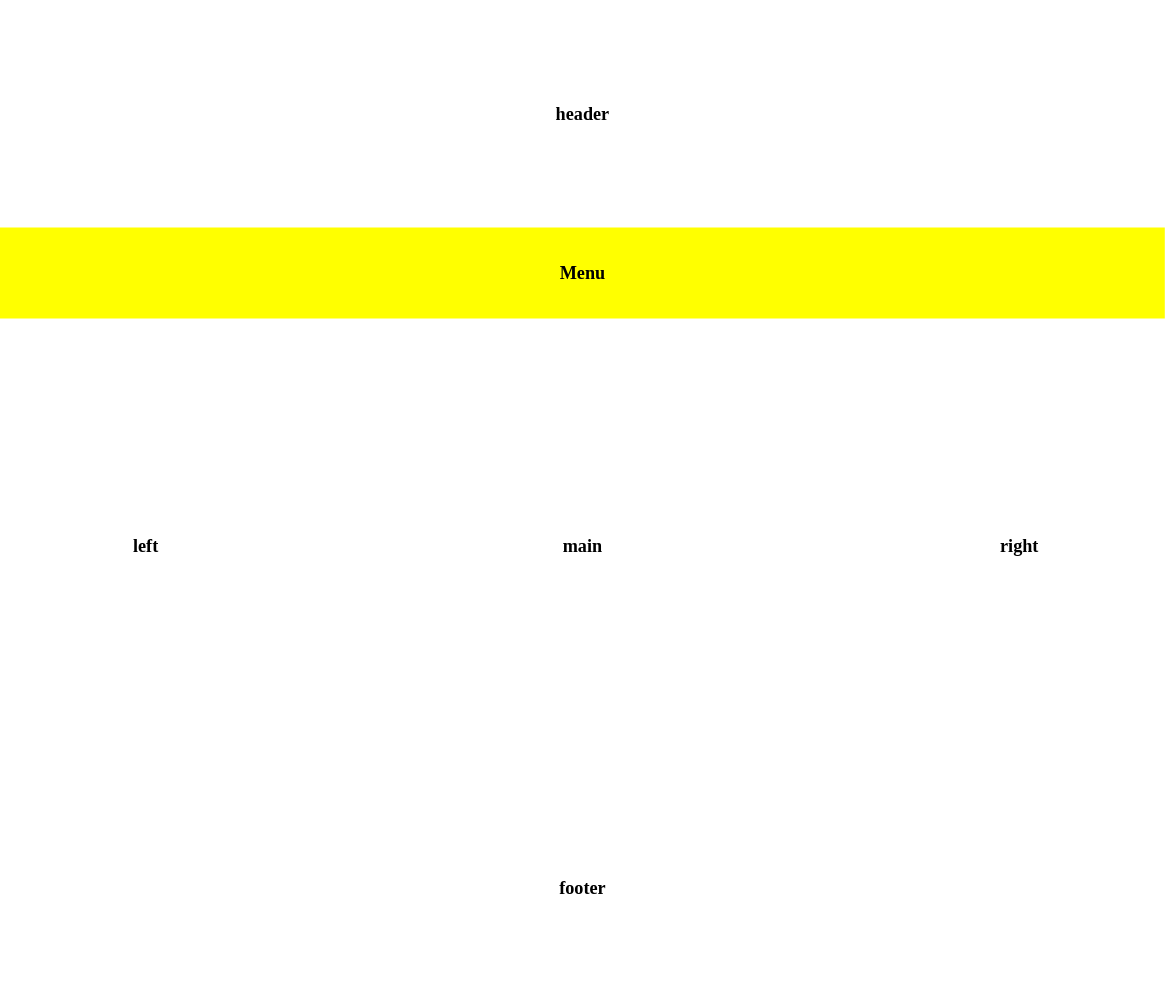
Repository: Nghia19/WEB20022-_00
Page: HTML5_CSS3/bai-1.html
The author's editor kept a copy of each file at every save. The page is drawn from the files as they stood at one save, then again after the next save.
The browser window is 1280 px wide. The pictures show the whole page, at 91% of full size.

Above is the page before, as saved 2021-06-26 13:04:25.

After the next save:
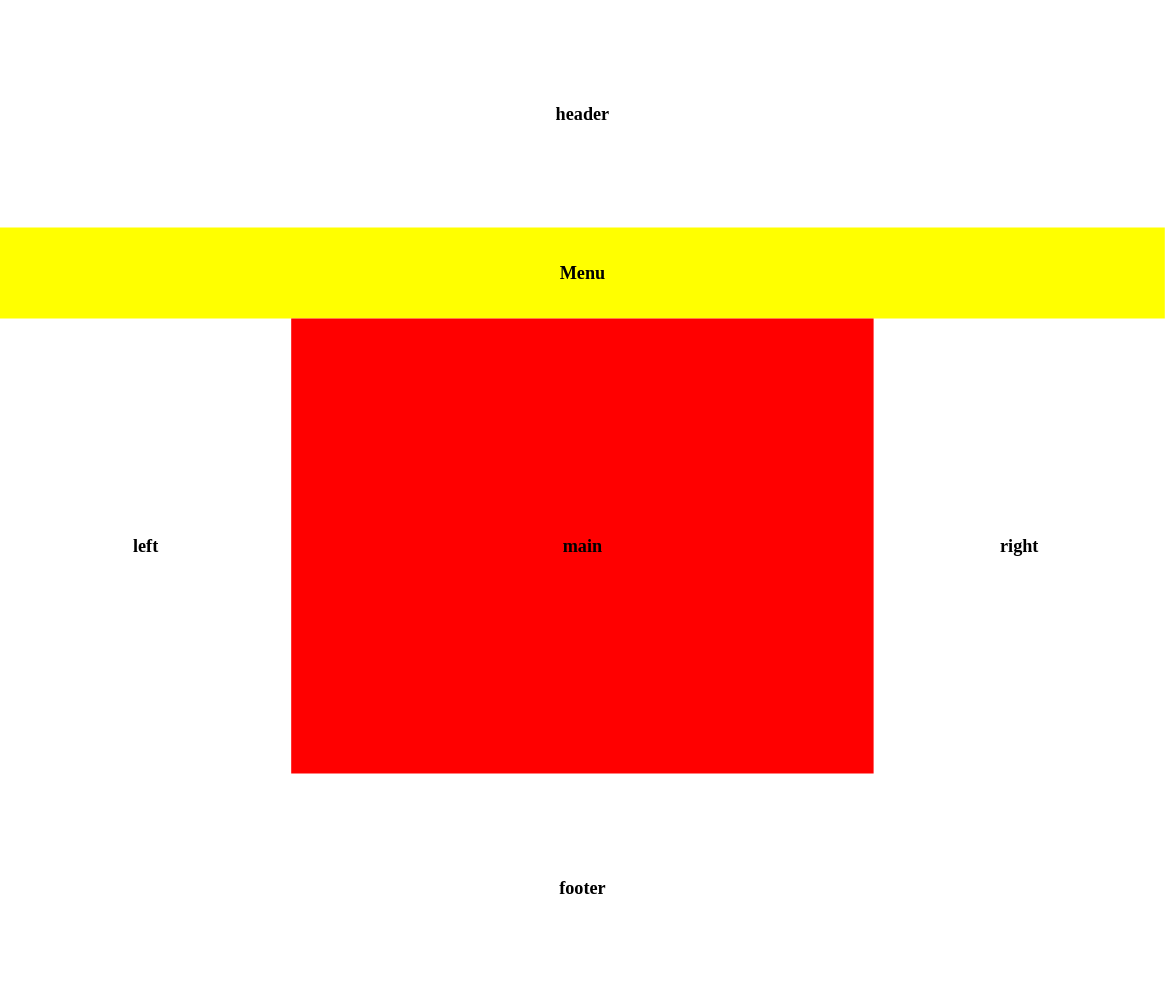
Saved 10 s later.
--- a/HTML5_CSS3/css/style.css
+++ b/HTML5_CSS3/css/style.css
@@ -25,6 +25,9 @@
   background-color: yellow;
   grid-column: 1/4;
 }
+main{
+  background-color: red;
+}
 footer{
   grid-column: 1/4;
 }
